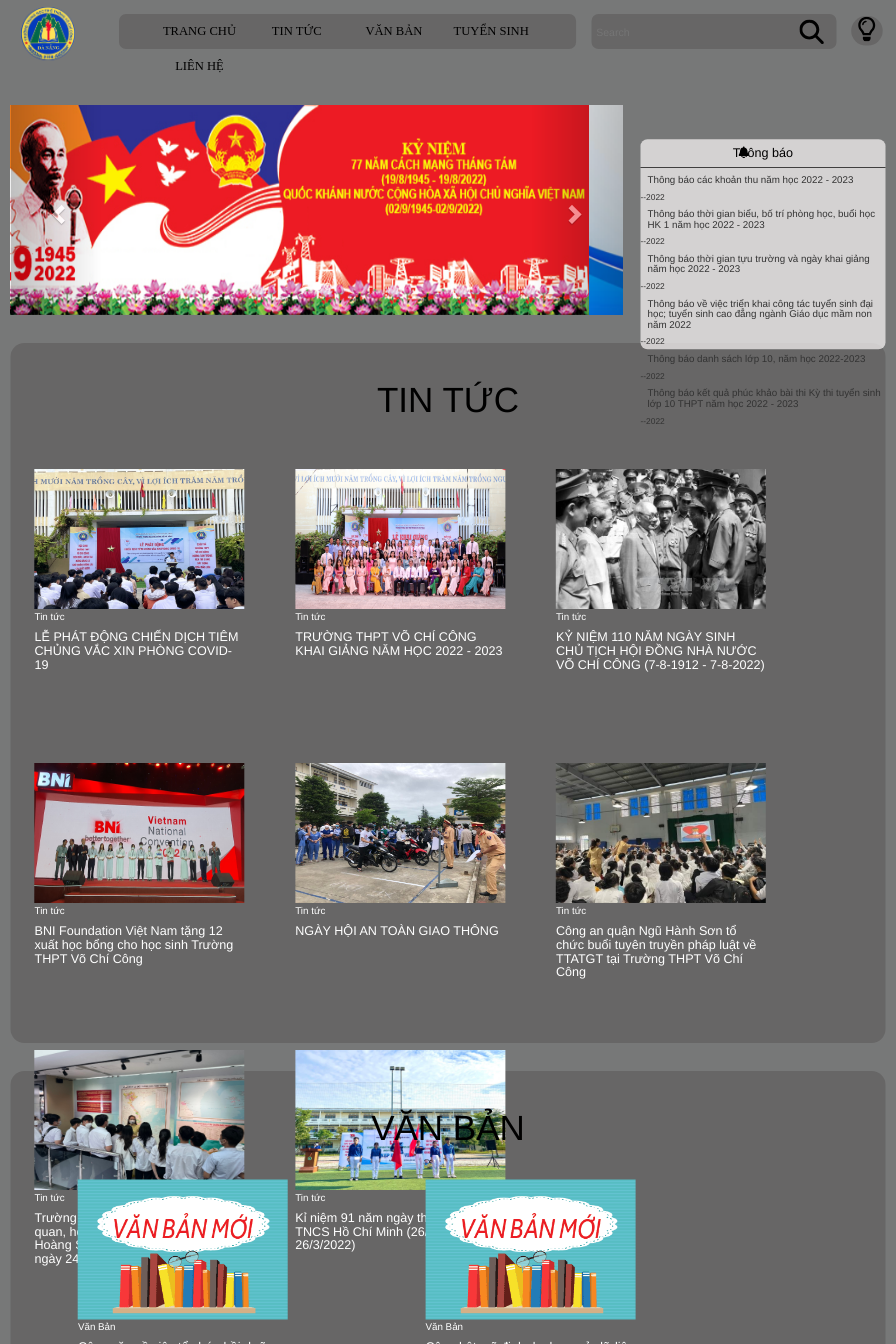
Repository: dphasst17/THPTVCC
Page: index.html
These files come from the project's save history. The page is drawn as it stood at one moment and after the next save; the edit follows.
The browser window is 1280 px wide. The pictures show the part of the page from y = 0 to 1920 px (the page is 3420 px tall), at 70% of full size.

Above is the page before, as saved 2022-10-12 19:22:21.

### index.html
<!DOCTYPE html>
<html lang="en">
<head>
    <meta charset="UTF-8">
    <meta http-equiv="X-UA-Compatible" content="IE=edge">
    <meta name="viewport" content="width=device-width, initial-scale=1.0">
    <link rel="stylesheet" href="https://maxcdn.bootstrapcdn.com/bootstrap/3.4.1/css/bootstrap.min.css">
    <script src="https://ajax.googleapis.com/ajax/libs/jquery/3.6.0/jquery.min.js"></script>
    <script src="https://maxcdn.bootstrapcdn.com/bootstrap/3.4.1/js/bootstrap.min.js"></script>
    <script src="index.js"></script>
    <link rel="stylesheet" href="style.css">
    <title>Document</title>
</head>
<body>
    <header>
        <div class="logo">
            <a href="#">
                <img src="img/logo.png" alt="">
            </a>
        </div>
        <div class="nav">
            <ul>
                <li><a href="./index.html">TRANG CHỦ</a></li>
                <li><a href="./new/new.html">TIN TỨC</a></li>
                <li><a href="./document/document.html">VĂN BẢN</a></li>
                <li><a href="./admissions/admissions.html">TUYỂN SINH</a></li>
                <li><a href="#contact">LIÊN HỆ</a></li>
            </ul>
        </div>
        <div class="search">
            <input placeholder="Search" spellCheck="false"/>
            <div class="icon-search">
                <svg xmlns="http://www.w3.org/2000/svg" viewBox="0 0 512 512"><path d="M416 208c0 45.9-14.9 88.3-40 122.7L502.6 457.4c12.5 12.5 12.5 32.8 0 45.3s-32.8 12.5-45.3 0L330.7 376c-34.4 25.2-76.8 40-122.7 40C93.1 416 0 322.9 0 208S93.1 0 208 0S416 93.1 416 208zM208 352c79.5 0 144-64.5 144-144s-64.5-144-144-144S64 128.5 64 208s64.5 144 144 144z"strokeWidth="4" stroke="#fff"/></svg>
            </div>
        </div>
        <div class="user">
            <svg xmlns="http://www.w3.org/2000/svg" viewBox="0 0 448 512">
                <path d="M224 256c70.7 0 128-57.3 128-128S294.7 0 224 0S96 57.3 96 128s57.3 128 128 128zm-45.7 48C79.8 304 0 383.8 0 482.3C0 498.7 13.3 512 29.7 512H418.3c16.4 0 29.7-13.3 29.7-29.7C448 383.8 368.2 304 269.7 304H178.3z"/>
            </svg>
            <div class="user_infor">
                <a href="./login.html">Login</a>
            </div>
        </div>
        <div class="dark_mode">
            <div>
                <button id="dark">
                    <svg xmlns="http://www.w3.org/2000/svg" viewBox="0 0 384 512">
                        <path d="M272 384c9.6-31.9 29.5-59.1 49.2-86.2l0 0c5.2-7.1 10.4-14.2 15.4-21.4c19.8-28.5 31.4-63 31.4-100.3C368 78.8 289.2 0 192 0S16 78.8 16 176c0 37.3 11.6 71.9 31.4 100.3c5 7.2 10.2 14.3 15.4 21.4l0 0c19.8 27.1 39.7 54.4 49.2 86.2H272zM192 512c44.2 0 80-35.8 80-80V416H112v16c0 44.2 35.8 80 80 80zM112 176c0 8.8-7.2 16-16 16s-16-7.2-16-16c0-61.9 50.1-112 112-112c8.8 0 16 7.2 16 16s-7.2 16-16 16c-44.2 0-80 35.8-80 80z"/>
                    </svg>
                </button>
            </div>
            <div>
                <button id="light">
                    <svg xmlns="http://www.w3.org/2000/svg" viewBox="0 0 384 512">
                        <path d="M112.1 454.3c0 6.297 1.816 12.44 5.284 17.69l17.14 25.69c5.25 7.875 17.17 14.28 26.64 14.28h61.67c9.438 0 21.36-6.401 26.61-14.28l17.08-25.68c2.938-4.438 5.348-12.37 5.348-17.7L272 415.1h-160L112.1 454.3zM192 0C90.02 .3203 16 82.97 16 175.1c0 44.38 16.44 84.84 43.56 115.8c16.53 18.84 42.34 58.23 52.22 91.45c.0313 .25 .0938 .5166 .125 .7823h160.2c.0313-.2656 .0938-.5166 .125-.7823c9.875-33.22 35.69-72.61 52.22-91.45C351.6 260.8 368 220.4 368 175.1C368 78.8 289.2 .0039 192 0zM288.4 260.1c-15.66 17.85-35.04 46.3-49.05 75.89h-94.61c-14.01-29.59-33.39-58.04-49.04-75.88C75.24 236.8 64 206.1 64 175.1C64 113.3 112.1 48.25 191.1 48C262.6 48 320 105.4 320 175.1C320 206.1 308.8 236.8 288.4 260.1zM176 80C131.9 80 96 115.9 96 160c0 8.844 7.156 16 16 16S128 168.8 128 160c0-26.47 21.53-48 48-48c8.844 0 16-7.148 16-15.99S184.8 80 176 80z"/>
                    </svg>
                </button>
            </div>
        </div>
    </header>
    <div class="container">
        <div id="myCarousel" class="carousel slide" data-ride="carousel">
            <!-- Indicators -->
            <ol class="carousel-indicators">
              <li data-target="#myCarousel" data-slide-to="0" class="active"></li>
              <li data-target="#myCarousel" data-slide-to="1"></li>
              <li data-target="#myCarousel" data-slide-to="2"></li>
            </ol>

            <!-- Wrapper for slides -->
            <div class="carousel-inner">
              <div class="item active">
                <img src="img/1.png" alt="Los Angeles" style="width:100%;height:300px;">
              </div>

              <div class="item">
                <img src="img/2.png" alt="Chicago" style="width:100%;height:300px;">
              </div>

              <div class="item">
                <img src="img/3.gif" alt="New york" style="width:100%;height:300px;">
              </div>
            </div>

            <!-- Left and right controls -->
            <a class="left carousel-control" href="#myCarousel" data-slide="prev">
              <span class="glyphicon glyphicon-chevron-left"></span>
              <span class="sr-only">Previous</span>
            </a>
            <a class="right carousel-control" href="#myCarousel" data-slide="next">
              <span class="glyphicon glyphicon-chevron-right"></span>
              <span class="sr-only">Next</span>
            </a>
        </div>
        <div class="notification">
            <svg xmlns="http://www.w3.org/2000/svg" viewBox="0 0 448 512"><path d="M224 0c-17.7 0-32 14.3-32 32V51.2C119 66 64 130.6 64 208v18.8c0 47-17.3 92.4-48.5 127.6l-7.4 8.3c-8.4 9.4-10.4 22.9-5.3 34.4S19.4 416 32 416H416c12.6 0 24-7.4 29.2-18.9s3.1-25-5.3-34.4l-7.4-8.3C401.3 319.2 384 273.9 384 226.8V208c0-77.4-55-142-128-156.8V32c0-17.7-14.3-32-32-32zm45.3 493.3c12-12 18.7-28.3 18.7-45.3H224 160c0 17 6.7 33.3 18.7 45.3s28.3 18.7 45.3 18.7s33.3-6.7 45.3-18.7z"/></svg>
            <h4 style="text-align:center;color:#000;">Thông báo</h4><hr style="margin:0;border-top: 1px solid #000;">
            <div class="noti_content">
                <h5>Thông báo các khoản thu năm học 2022 - 2023</h5>
                <h6>--2022</h6>
                <h5>Thông báo thời gian biểu, bố trí phòng học, buổi học HK 1 năm học 2022 - 2023</h5>
                <h6>--2022</h6>
                <h5>Thông báo thời gian tựu trường và ngày khai giảng năm học 2022 - 2023</h5>
                <h6>--2022</h6>
                <h5>Thông báo về việc triển khai công tác tuyển sinh đại học; tuyển sinh cao đẳng ngành Giáo dục mầm non năm 2022</h5>
                <h6>--2022</h6>
                <h5>Thông báo danh sách lớp 10, năm học 2022-2023</h5>
                <h6>--2022</h6>
                <h5>Thông báo kết quả phúc khảo bài thi Kỳ thi tuyển sinh lớp 10 THPT năm học 2022 - 2023</h5>
                <h6>--2022</h6>
            </div>
        </div>
        <div id="new" class="new">
            <h1><br/>TIN TỨC</h1>
            <div class="new_container">
                <img src="img/tintuc/1.jpg" alt="">
                <a>Tin tức</a>
                <h4>LỄ PHÁT ĐỘNG CHIẾN DỊCH TIÊM CHỦNG VẮC XIN PHÒNG COVID-19</h4>
            </div>

            <div class="new_container">
                <img src="img/tintuc/2.jpg" alt="">
                <a>Tin tức</a>
                <h4>TRƯỜNG THPT VÕ CHÍ CÔNG KHAI GIẢNG NĂM HỌC 2022 - 2023</h4>
            </div>

            <div class="new_container">
                <img src="img/tintuc/3.jpg" alt="">
                <a>Tin tức</a>
                <h4>KỶ NIỆM 110 NĂM NGÀY SINH CHỦ TỊCH HỘI ĐỒNG NHÀ NƯỚC VÕ CHÍ CÔNG (7-8-1912 - 7-8-2022)</h4>
            </div>

            <div class="new_container">
                <img src="img/tintuc/5.jpg" alt="">
                <a>Tin tức</a>
                <h4>BNI Foundation Việt Nam tặng 12 xuất học bổng cho học sinh Trường THPT Võ Chí Công</h4>
            </div>

            <div class="new_container">
                <img src="img/tintuc/4.jpg" alt="">
                <a>Tin tức</a>
                <h4>NGÀY HỘI AN TOÀN GIAO THÔNG</h4>
            </div>

            <div class="new_container">
                <img src="img/tintuc/6.jpg" alt="">
                <a>Tin tức</a>
                <h4>Công an quận Ngũ Hành Sơn tổ chức buổi tuyên truyền pháp luật về TTATGT tại Trường THPT Võ Chí Công</h4>
            </div>

            <div class="new_container">
                <img src="img/tintuc/7.jpg" alt="">
                <a>Tin tức</a>
                <h4>Trường THPT Võ Chí Công tham quan, học tập tại nhà trưng bày Hoàng Sa và Bảo tàng Chăm vào ngày 24/4/2022.</h4>
            </div>

            <div class="new_container">
                <img src="img/tintuc/8.jpg" alt="">
                <a>Tin tức</a>
                <h4>Kỉ niệm 91 năm ngày thành lập Đoàn TNCS Hồ Chí Minh (26/3/1931-26/3/2022)</h4>
            </div>

        </div>
        <div id="document" class="document">
            <h1><br/>VĂN BẢN</h1>
            <div class="document_container">
                <img src="img/document/document.png" alt="">
                <a>Văn Bản</a>
                <h4>Công văn về việc tổ chức bồi dưỡng giáo viên sử dụng sách giáo khoa lớp 7, lớp 10 năm học 2022-2023</h4>
            </div>

            <div class="document_container">
                <img src="img/document/document.png" alt="">
                <a>Văn Bản</a>
                <h4>Cập nhật mã định danh cơ sở dữ liệu ngành giáo dục phổ thông đảm bảo sự đồng bộ giữa TEMIS và LMS</h4>
            </div>

            <div class="document_container">
                <img src="img/document/document.png" alt="">
                <a>Văn Bản</a>
                <h4>Kế hoạch dạy học trực tuyến cho học sinh (F0, F1 và có yếu tố dịch tễ)</h4>
            </div>

            <div class="document_container">
                <img src="img/document/document.png" alt="">
                <a>Văn Bản</a>
                <h4>Kế hoạch phòng, chống dịch Covid-19 và phương án xử trí khi có trường hợp mắc Covid-19 tiếp theo</h4>
            </div>

            <div class="document_container">
                <img src="img/document/document.png" alt="">
                <a>Văn Bản</a>
                <h4>Quyết định về việc điều chỉnh phân bổ dự toán chi ngân sách nhà nước năm 2021</h4>
            </div>

            <div class="document_container">
                <img src="img/document/document.png" alt="">
                <a>Văn Bản</a>
                <h4>Thông báo thời gian biểu dạy học trực tuyến từ ngày 22-11-2021 đến hết ngày 27-11-2021</h4>
            </div>

        </div>
        <div id="admissions" class="admissions">
            <h1><br/>TUYỂN SINH</h1>
            <div class="admissions_container">
                <img src="img/tuyensinh/62bd6eef82783.png" alt="">
                <a>Tuyển sinh</a>
                <h4>THÍ SINH ĐỦ ĐIỂM CHUẨN VÀO TRƯỜNG THPT VÕ CHÍ CÔNG</h4>
            </div>

            <div class="admissions_container">
                <img src="img/tuyensinh/62bd721661331.png" alt="">
                <a>Tuyển sinh</a>
                <h4>Phiếu đăng kí nhập học vào Trường THPT Võ Chí Công năm học 2022-2023</h4>
            </div>

            <div class="admissions_container">
                <img src="img/tuyensinh/62105906d7bc2.png" alt="">
                <a>Tuyển sinh</a>
                <h4>Kế hoạch triển khai thực hiện Chương trình Giáo dục phổ thông năm 2018 đối với lớp 10, năm học 2022 - 2023</h4>
            </div>

            <div class="admissions_container">
                <img src="img/tuyensinh/611cfe00cd3bf.jpg" alt="">
                <a>Tuyển sinh</a>
                <h4>Kế hoạch thu nhận hồ sơ nhập học năm học 2022 - 2023</h4>
            </div>

        </div>
    </div>
    <div id="contact" class="contact">
        <p>Trường THPT Võ Chí Công</p>
        <div class="contact_container">
            <div class="svg">
                <svg xmlns="http://www.w3.org/2000/svg" viewBox="0 0 512 512">
                    <path d="M504 256C504 119 393 8 256 8S8 119 8 256c0 123.78 90.69 226.38 209.25 245V327.69h-63V256h63v-54.64c0-62.15 37-96.48 93.67-96.48 27.14 0 55.52 4.84 55.52 4.84v61h-31.28c-30.8 0-40.41 19.12-40.41 38.73V256h68.78l-11 71.69h-57.78V501C413.31 482.38 504 379.78 504 256z"/></svg>
                    <a href="https://www.facebook.com/TrgVCC">https://www.facebook.com/TrgVCC</a>
            </div>
        </div>
        <div class="contact_container">
            <div class="svg">
                <svg xmlns="http://www.w3.org/2000/svg" viewBox="0 0 512 512">
                    <path d="M164.9 24.6c-7.7-18.6-28-28.5-47.4-23.2l-88 24C12.1 30.2 0 46 0 64C0 311.4 200.6 512 448 512c18 0 33.8-12.1 38.6-29.5l24-88c5.3-19.4-4.6-39.7-23.2-47.4l-96-40c-16.3-6.8-35.2-2.1-46.3 11.6L304.7 368C234.3 334.7 177.3 277.7 144 207.3L193.3 167c13.7-11.2 18.4-30 11.6-46.3l-40-96z"/></svg>
                    <a>(0236) 3861555 - (0236) 3861777</a>
            </div>
        </div>
        <div class="contact_container">
            <div class="svg">
                <svg xmlns="http://www.w3.org/2000/svg" viewBox="0 0 512 512">
                    <path d="M48 64C21.5 64 0 85.5 0 112c0 15.1 7.1 29.3 19.2 38.4L236.8 313.6c11.4 8.5 27 8.5 38.4 0L492.8 150.4c12.1-9.1 19.2-23.3 19.2-38.4c0-26.5-21.5-48-48-48H48zM0 176V384c0 35.3 28.7 64 64 64H448c35.3 0 64-28.7 64-64V176L294.4 339.2c-22.8 17.1-54 17.1-76.8 0L0 176z"/></svg>
                    <a>thptvochicong@danang.gov.vn</a>
            </div>
        </div>
        <div class="contact_container">
            <div class="svg">
                <svg xmlns="http://www.w3.org/2000/svg" viewBox="0 0 384 512">
                    <path d="M215.7 499.2C267 435 384 279.4 384 192C384 86 298 0 192 0S0 86 0 192c0 87.4 117 243 168.3 307.2c12.3 15.3 35.1 15.3 47.4 0zM192 256c-35.3 0-64-28.7-64-64s28.7-64 64-64s64 28.7 64 64s-28.7 64-64 64z"/></svg>
                    <a>93 Cao Hồng Lãnh - Quận Ngũ Hành Sơn - Thành phố Đà Nẵng</a>
            </div>
        </div>
        <h3 style="color:white;margin-left:140px;margin-top:50px;font-size:15px;">Bản quyền ©2022 thuộc Trần Đình Phát</h3>
    </div>
</body>
</html>

### index.js
$(document).ready(function(){
    $('.user').click(function(){
        $('.user_infor').fadeToggle('user_info')
    })
})

/* Dark - Light mode */
$(document).ready(function(){
	$('#dark').click(function(){
    	$('body').css("background-color","rgb(119, 120, 120)")
        $('.nav').css("background-color","rgb(103, 102, 102)")
        $('.search').css("background-color","rgb(103, 102, 102)")
        $('.search>input').css("background-color","rgb(103, 102, 102)")
        $('.user').css("background-color","rgb(103, 102, 102)")
        $('#new').css("background-color","rgb(103, 102, 102)")
        $('#document').css("background-color","rgb(103, 102, 102)")
        $('#admissions').css("background-color","rgb(103, 102, 102)")
        $('h4').css("color","white")
        $('#dark').css("display","none")
        $('#light').css("display","block")
    });
    $('#light').click(function(){
    	$('body').css("background-color","rgb(225, 228, 228)")
        $('.nav').css("background-color","rgb(196, 193, 193)")
        $('.search').css("background-color","rgb(196, 193, 193)")
        $('.search>input').css("background-color","rgb(196, 193, 193)")
        $('.user').css("background-color","rgb(196, 193, 193)")
        $('#new').css("background-color","rgb(196, 193, 193)")
        $('#document').css("background-color","rgb(196, 193, 193)")
        $('#admissions').css("background-color","rgb(196, 193, 193)")
        $('h4').css("color","black")
        $('#light').css("display","none")
        $('#dark').css("display","block")
        $('#dark').css("background-color","rgb(196, 193, 193)")

    })
})

### style.css
html{
    scroll-behavior: smooth;
}
body{
    margin:0;
    text-decoration:none;
    background-color:rgb(119, 120, 120);
}
header{
    width:100%;
    height:100px;
    top:0;
    left:0;
    right:0;
    position:relative;
    z-index: 111;
}
.logo img{
    width:6%;
    margin:10px 30px;
    position:absolute;
}
.nav{
    position:absolute;
    width:51%;
    height:50px;
    background-color:rgb(103, 102, 102);
    border-radius:10px;
    margin:20px 170px;
}
.nav ul li{
    display:inline-block;
    width:120px;
    margin-left:15px;
    text-decoration:none;
    line-height: 44px;
    text-align:center;
}
.nav a{
    font-family: "Times New Roman", Times, serif;
    display:block;
    width:120px;
    height:50px;
    text-decoration:none;
    font-size:18px;
    color:black;
    line-height: 48px;
}
.search{
    width: 350px;
    height: 50px;
    position: absolute;
    background-color: rgb(103, 102, 102);
    margin-left: 66%;
    margin-top:20px;
    border-radius: 10px;
}
.search input{
    width:340px;
    height:40px;
    margin:5px;
    border-style:none;
    background-color:rgb(103, 102, 102);
    color:#fff;
    outline: none;
    font-size:15px;
}
.icon-search{
    position: absolute;
    background-color: transparent;
    border: 0 none;
    width: 10%;
    margin: -12% 85%;
}
.user{
    width:50px;
    height:50px;
    float:right;
    margin:20px 90px;
    border-radius:50px;
    background-color:rgb(103, 102, 102);
}
.user svg{
    width: 60%;
    margin: 5px 10px;
}
.user a{
    color:tan;
    text-decoration:none;
}
.user_infor{
    display:none;
    width:100px;
    height:100px;
    background-color: rgb(103, 102, 102);
    border-radius:10px;
    margin: 10px -25px;
    text-align:center;
}
.user_infor button{
    border:none;
    background-color:rgb(103, 102, 102);
}

#dark{
    width:45px;
    position:absolute;
    border:none;
    background-color:rgb(103, 102, 102);
    display:none;
    margin-top:23px;
    margin-left:95%;
    border-radius:50px;
}
#light{
    width:45px;
    position:absolute;
    border:none;
    background-color:rgb(103, 102, 102);
    display:block;
    margin-top:23px;
    margin-left:95%;
    border-radius:50px;
}
#dark svg{
    width:80%;
}
#light svg{
    width:80%;
}

/* main Page */
.container{
    width:100%;
    height:auto;
    margin:50px 0;
}
.carousel {
    position: relative;
    width: 70%;
}
.notification{
    width:28%;
    height:300px;
    float:right;
    border-radius:10px;
    margin-top:-20.1%;
    background: #f4f2f2bd;
}
.notification svg{
    position:absolute;
    width:15px;
    margin: 10px 140px;
}
.noti_content h5{
    margin-left:10px;
}
.new{
    width:100%;
    height:1000px;
    background-color:rgb(103, 102, 102);
    margin-top:40px;
    border-radius:20px;
}
h1{
    color:black;
    text-align:center;
    font-size:50px;
}
.new_container{
    width:300px;
    height:350px;
    display:inline-flex;
    margin:25px 34.3px;
    flex-wrap: wrap;
    align-content: center;
}
.new_container img{
    width:300px;
    height:200px;
}
.new_container h4{
    color:#fff;
}
.new_container a{
    color:#fff;
    text-decoration:none;
}
.document{
    width:100%;
    height:900px;
    background-color:rgb(103, 102, 102);
    margin-top:40px;
    border-radius:20px;
}
.document img{
    width:300px;
    height:200px;
}
.document_container{
    width:300px;
    height:350px;
    display:inline-flex;
    margin: 10px 96.3px;
    flex-wrap: wrap;
    align-content: center;
}
.document_container h4{
    color:#fff;
}
.document_container a{
    color:#fff;
    text-decoration:none;
}
.admissions{
    width:100%;
    height:500px;
    background-color:rgb(103, 102, 102);
    margin-top:40px;
    border-radius:20px;
}
.admissions_container{
    width:300px;
    height:150px;
    display:inline-flex;
    margin: 70px 34px;
    flex-wrap: wrap;
    align-content: center;
}
.admissions_container img{
    width:300px;
    height:150px;
}
.admissions_container a{
    color:#fff;
    text-decoration:none;
}
.admissions_container h4{
    color:#fff;
}
.contact{
    width:100%;
    height:400px;
    background-color:rgb(64, 63, 63);
}
.contact h4{
    position:absolute;
    color:#fff;
    margin:50px 140px;
}
.contact p{
    color:#fff;
    text-align:center;
    font-size:30px;
}
.contact_container{
    display:inline-flex;
    width:90%;
    height:15%;
    margin-left:70px;
}
.svg {
    display:flex;
    position:absolute;
    width:80%;
    margin-top:30px;
}
.svg a{
    font-size: 20px;
    margin-left:50px;
    margin-top:10px;
    color:#fff;
}
.svg svg{
    width:2%;
}

After the next save:
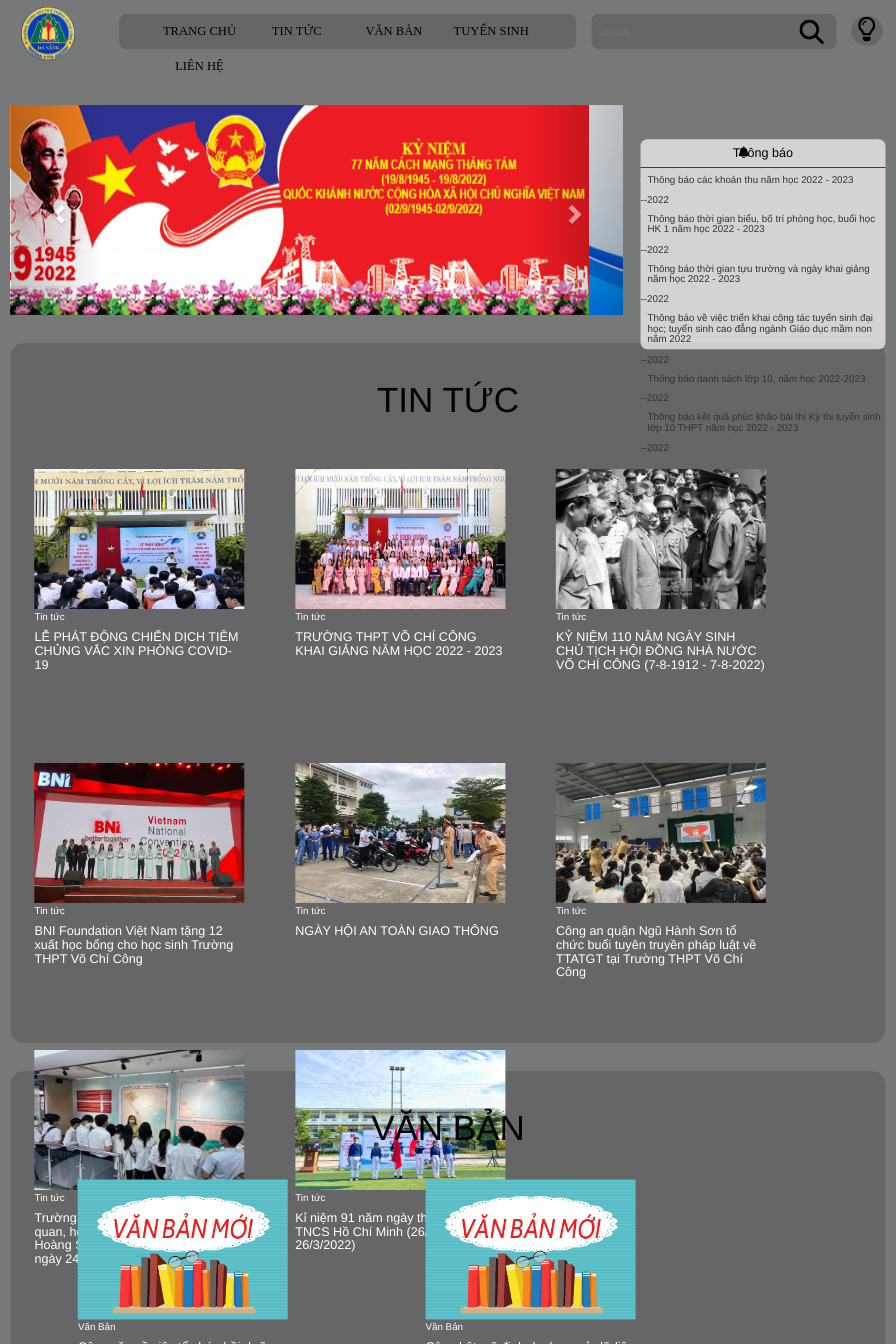
Saved 17 s later.
--- a/index.html
+++ b/index.html
@@ -97,17 +97,17 @@
             <h4 style="text-align:center;color:#000;">Thông báo</h4><hr style="margin:0;border-top: 1px solid #000;">
             <div class="noti_content">
                 <h5>Thông báo các khoản thu năm học 2022 - 2023</h5>
-                <h6>--2022</h6>
+                <h8>--2022</h8>
                 <h5>Thông báo thời gian biểu, bố trí phòng học, buổi học HK 1 năm học 2022 - 2023</h5>
-                <h6>--2022</h6>
+                <h8>--2022</h8>
                 <h5>Thông báo thời gian tựu trường và ngày khai giảng năm học 2022 - 2023</h5>
-                <h6>--2022</h6>
+                <h8>--2022</h8>
                 <h5>Thông báo về việc triển khai công tác tuyển sinh đại học; tuyển sinh cao đẳng ngành Giáo dục mầm non năm 2022</h5>
-                <h6>--2022</h6>
+                <h8>--2022</h8>
                 <h5>Thông báo danh sách lớp 10, năm học 2022-2023</h5>
-                <h6>--2022</h6>
+                <h8>--2022</h8>
                 <h5>Thông báo kết quả phúc khảo bài thi Kỳ thi tuyển sinh lớp 10 THPT năm học 2022 - 2023</h5>
-                <h6>--2022</h6>
+                <h8>--2022</h8>
             </div>
         </div>
         <div id="new" class="new">
